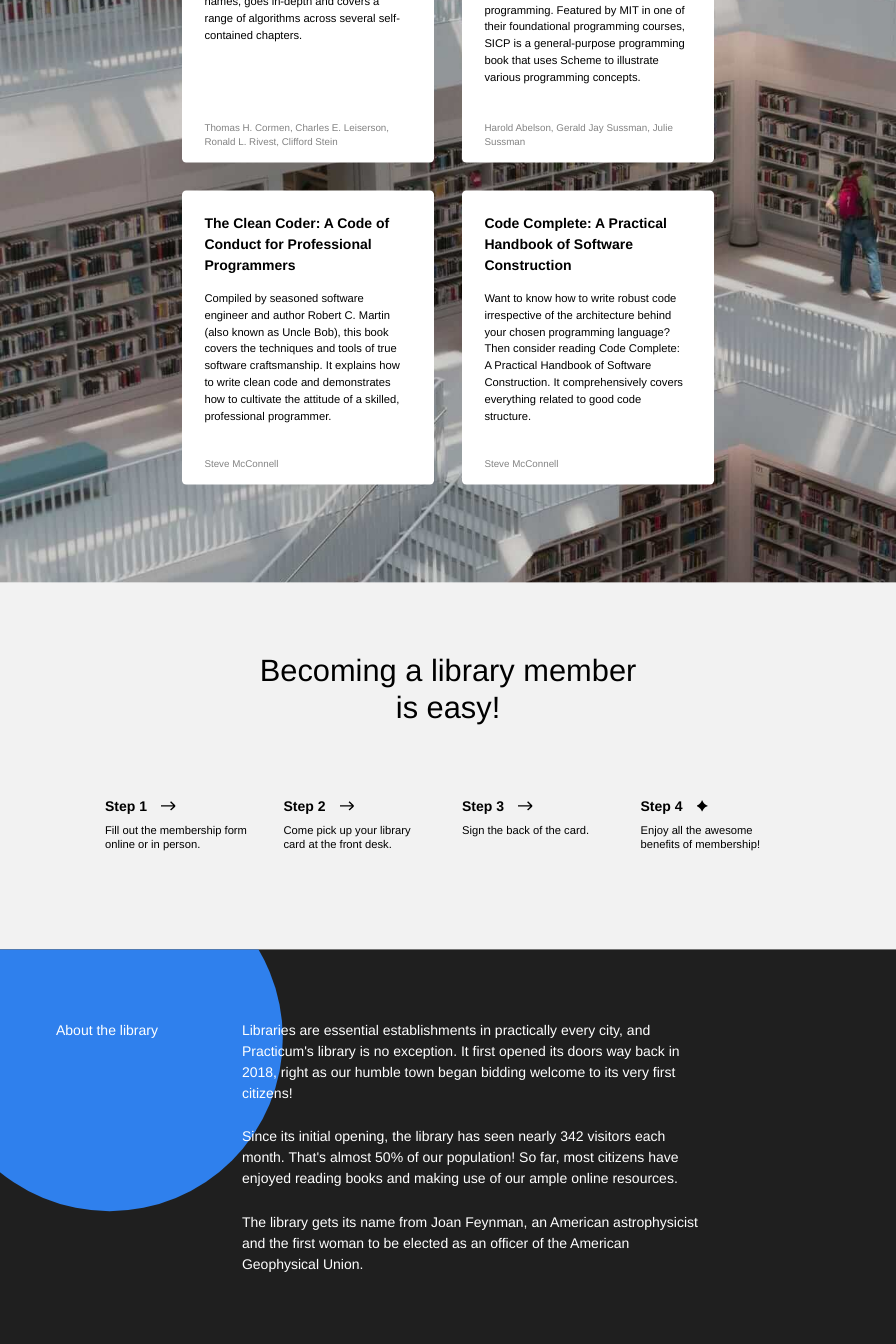
Repository: MWilliams-26/se_project_library
Page: index.html
These files come from the project's save history. The page is drawn as it stood at one moment and after the next save; the edit follows.
The browser window is 1280 px wide. The pictures show the part of the page from y = 2006 to 3926 px (the page is 3926 px tall), at 70% of full size.

Above is the page before, as saved 2023-04-04 12:11:22.

After the next save:
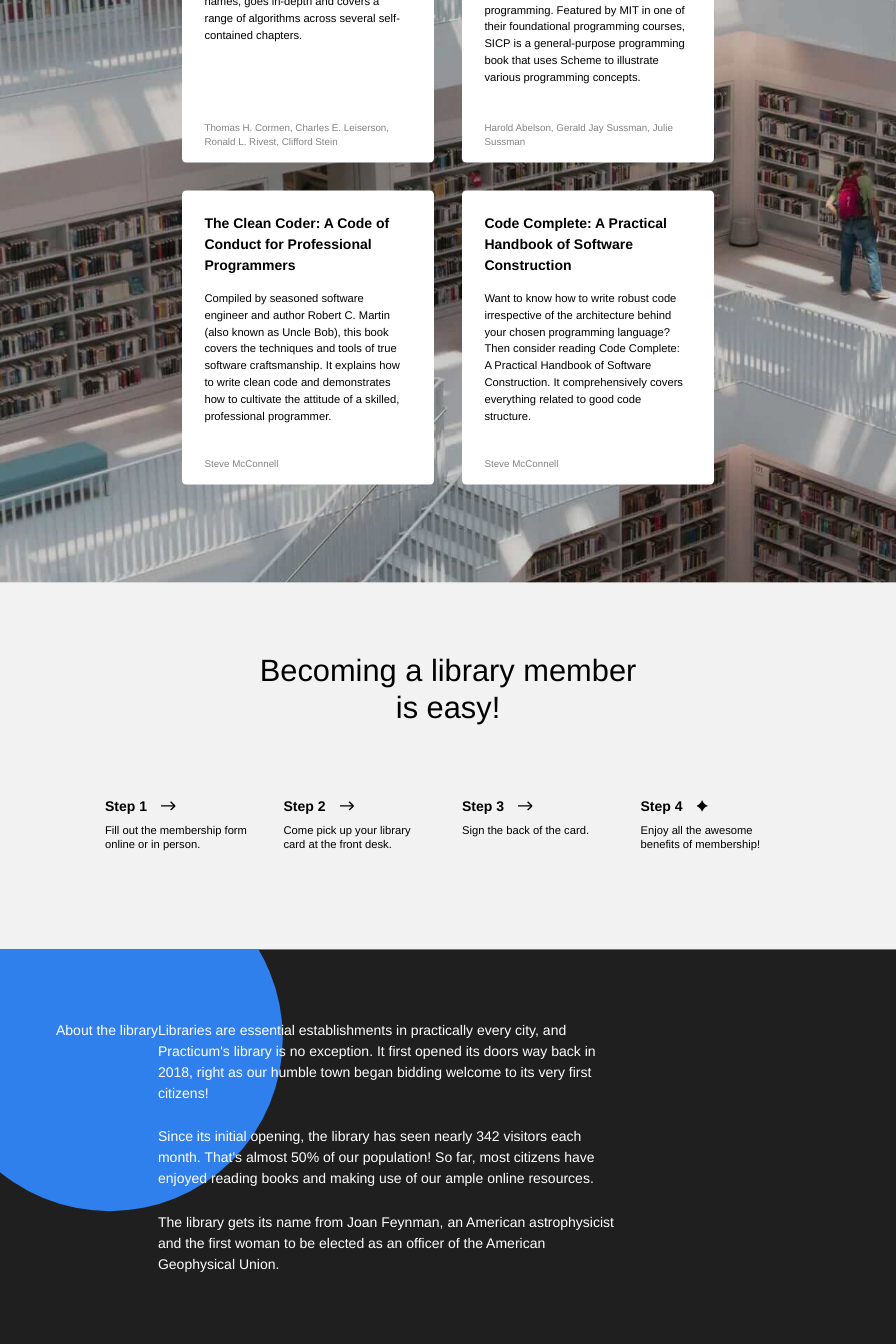
Saved 39 s later.
--- a/styles/style.css
+++ b/styles/style.css
@@ -378,7 +378,7 @@
   flex-direction: column;
   justify-content: center;
   align-items: center;
-  padding-left: 120px;
+  padding-left: 0 0 0 120px;
   z-index: 2;
 }
 

After the 3 saves that followed:
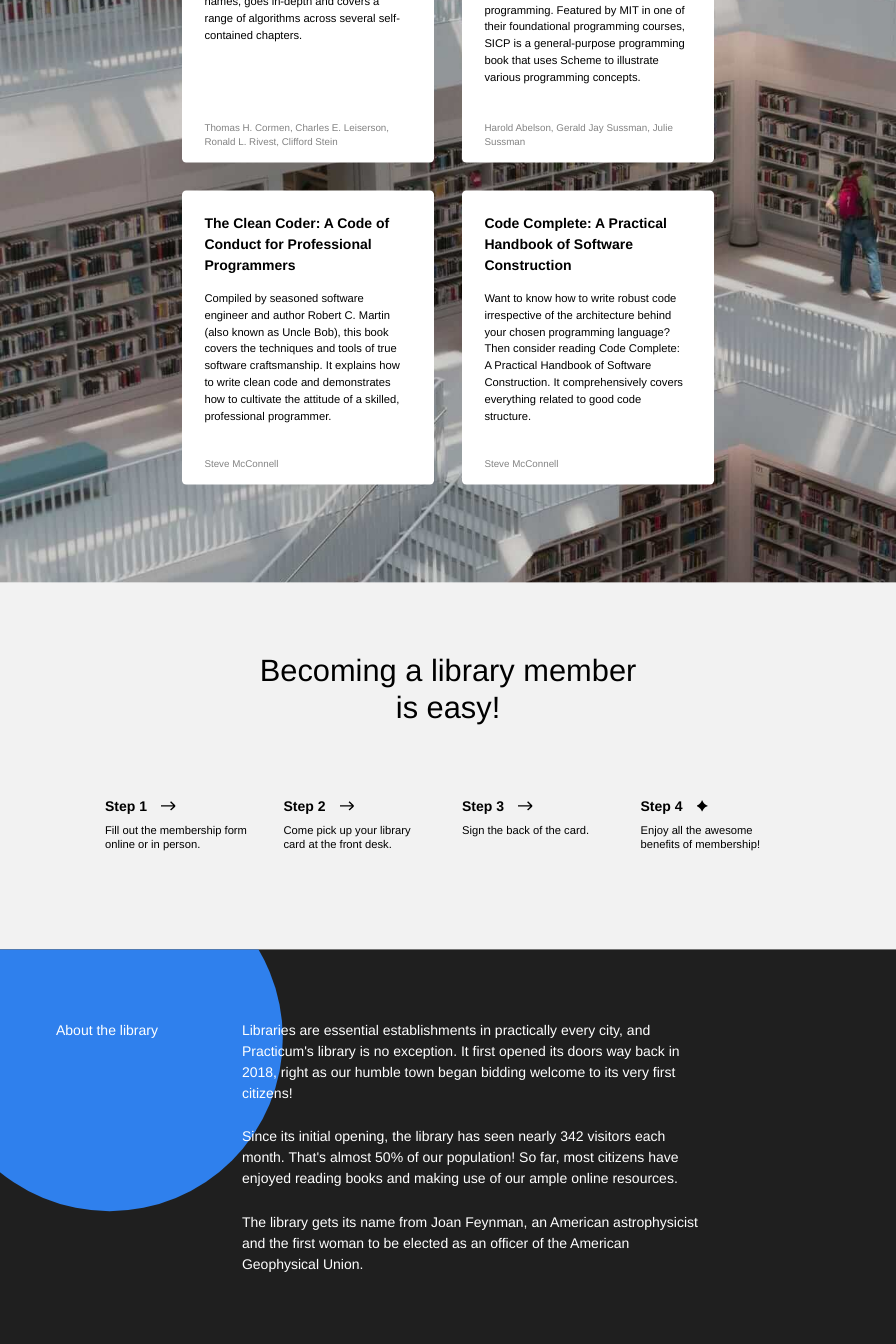
The 3 saves are shown as one change because 2 left the picture as it was.
The last was saved 29 s later.
--- a/styles/style.css
+++ b/styles/style.css
@@ -378,7 +378,7 @@
   flex-direction: column;
   justify-content: center;
   align-items: center;
-  padding-left: 0 0 0 120px;
+  padding-left: 120px;
   z-index: 2;
 }
 
